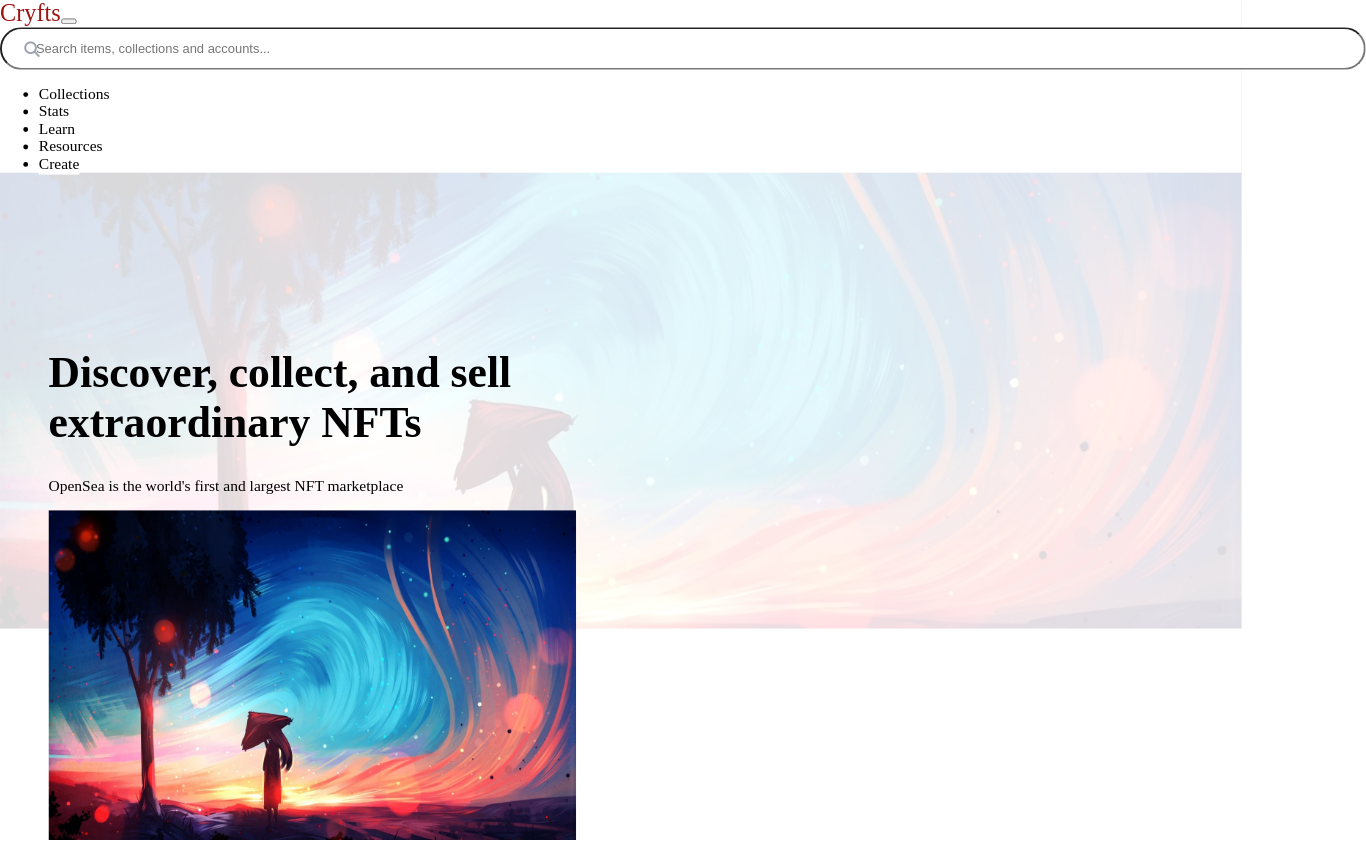
Repository: Huzaifa-2609/opensea_project
Page: /
These files come from the project's save history. The page is drawn as it stood at one moment and after the next save; the edit follows.
The browser window is 1280 px wide. The page is 1408 px wide, so the pictures cover 1408 px, including what lies to the right of the window. The pictures show the whole page, at 97% of full size.
Some web libraries are served in a nearby version. The project was rebuilt for these pictures with package versions that can differ from the ones it lists, and the page was loaded fresh each time. The framework's server and built-in components were replaced by stand-ins that run in the browser. Also part of the build but not shown: next.config.js, styles/Home.module.css.

Above is the page before, as saved 2022-07-09 19:01:49.

After the next save:
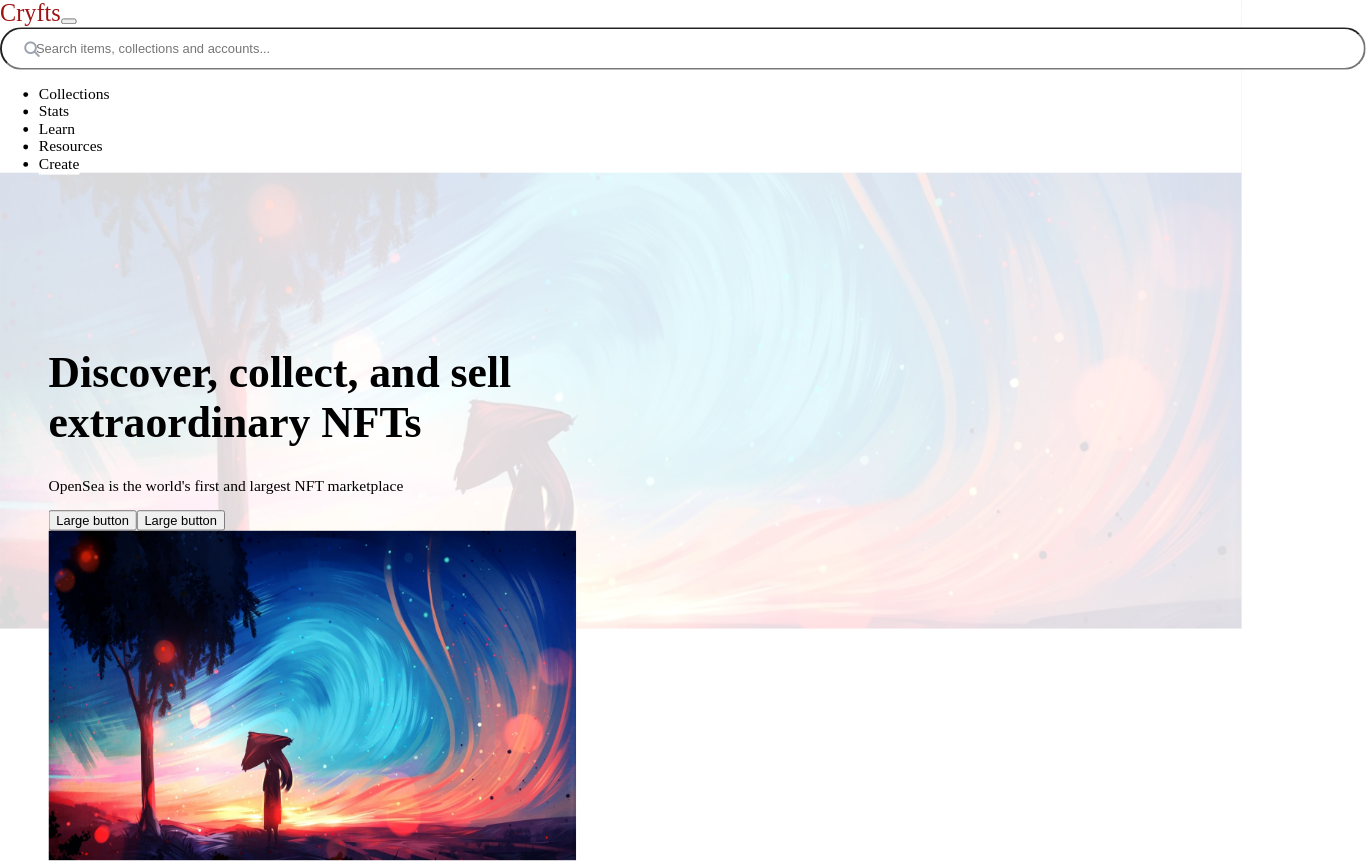
Saved 4 min 18 s later.
--- a/components/Hero.js
+++ b/components/Hero.js
@@ -5,23 +5,42 @@ import img from "../public/nftbg.jpg";
 const Hero = () => {
   const style = {
     marginTop: "100px",
-    height:"70vh",
-    padding:"50px"
-
+    height: "70vh",
+    padding: "50px",
   };
   return (
     <>
-      <div className=" d-flex justify-content-between bg align-items-center " style={style}>
-        <div className="card mb-3 border-0 bg-transparent" style={{ width: "34rem"}}>
+      <div
+        className=" d-flex justify-content-between bg align-items-center "
+        style={style}
+      >
+        <div
+          className="card mb-3 border-0 bg-transparent"
+          style={{ width: "34rem" }}
+        >
           <div className="card-body">
-            <h1 className="card-title " style={{fontSize:"45px"}}>Discover, collect, and sell extraordinary NFTs</h1>
-            <p className="card-subtitle text-muted mt-3 fs-3" >
-            OpenSea is the world's first and largest NFT marketplace
+            <h1 className="card-title " style={{ fontSize: "45px" }}>
+              Discover, collect, and sell extraordinary NFTs
+            </h1>
+            <p className="card-subtitle text-muted mt-3 fs-3">
+              OpenSea is the world's first and largest NFT marketplace
             </p>
           </div>
+
+          <button type="button" class="btn btn-primary btn-lg">
+            Large button
+          </button>
+          <button type="button" class="btn btn-secondary btn-lg">
+            Large button
+          </button>
         </div>
-        <div className="card mb-3 border-0 " style={{ width: "34rem"}}>
-          <Image src={img} className="card-img-top" alt="..." style={{ height:"34rem"}} />
+        <div className="card mb-3 border-0 " style={{ width: "34rem" }}>
+          <Image
+            src={img}
+            className="card-img-top"
+            alt="..."
+            style={{ height: "34rem" }}
+          />
           {/* <div className="card-body">
             <h1 className="card-title">Discover, collect, and sell extraordinary NFTs</h1>
             <h3 className="card-subtitle text-muted mt-3">
